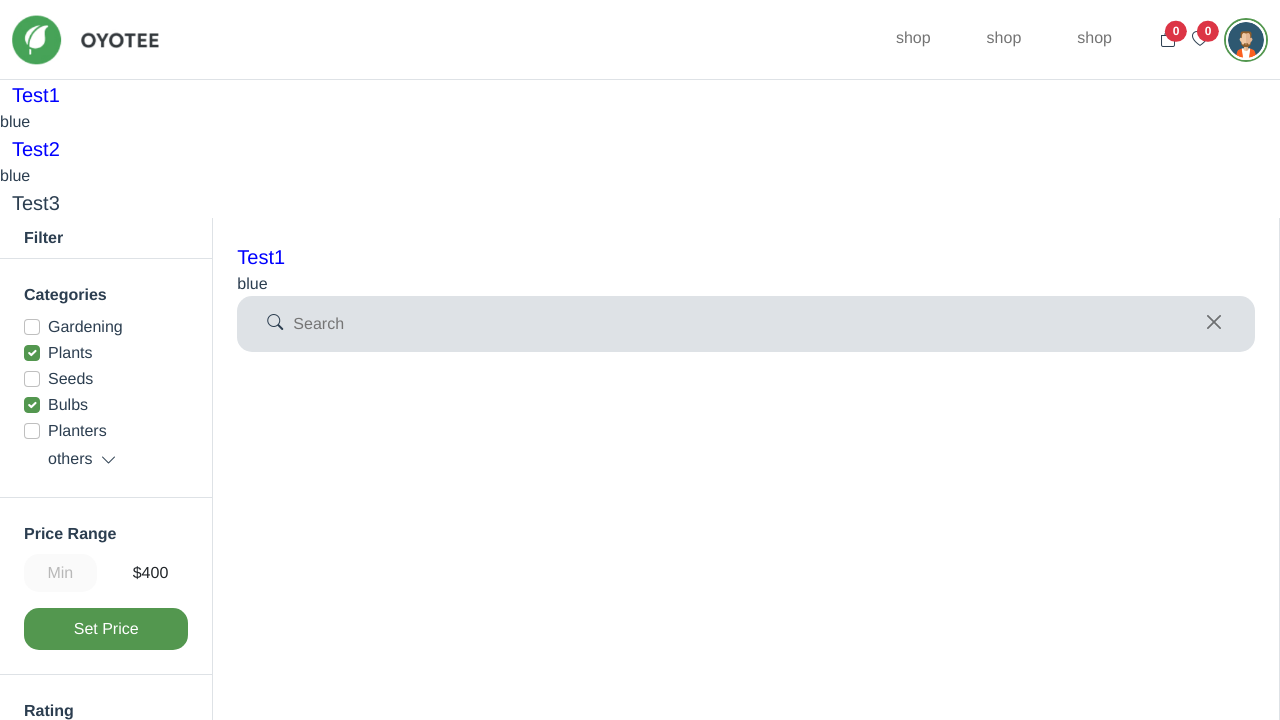
Repository: arpitaWebD/PlantShopping
Page: /
The author's editor kept a copy of each file at every save. The page is drawn from the files as they stood at one save, then again after the next save.
The browser window is 1280 px wide. The pictures show the whole page.
Some web libraries are served in a nearby version. The project was rebuilt for these pictures with package versions that can differ from the ones it lists, and the page was loaded fresh each time. Also part of the build but not shown: src/components/Product.vue, src/components/ProductPreview.vue, src/views/AddToCart.vue, src/views/WishList.vue.

Above is the page before, as saved 2022-01-21 18:29:12.

After the next save:
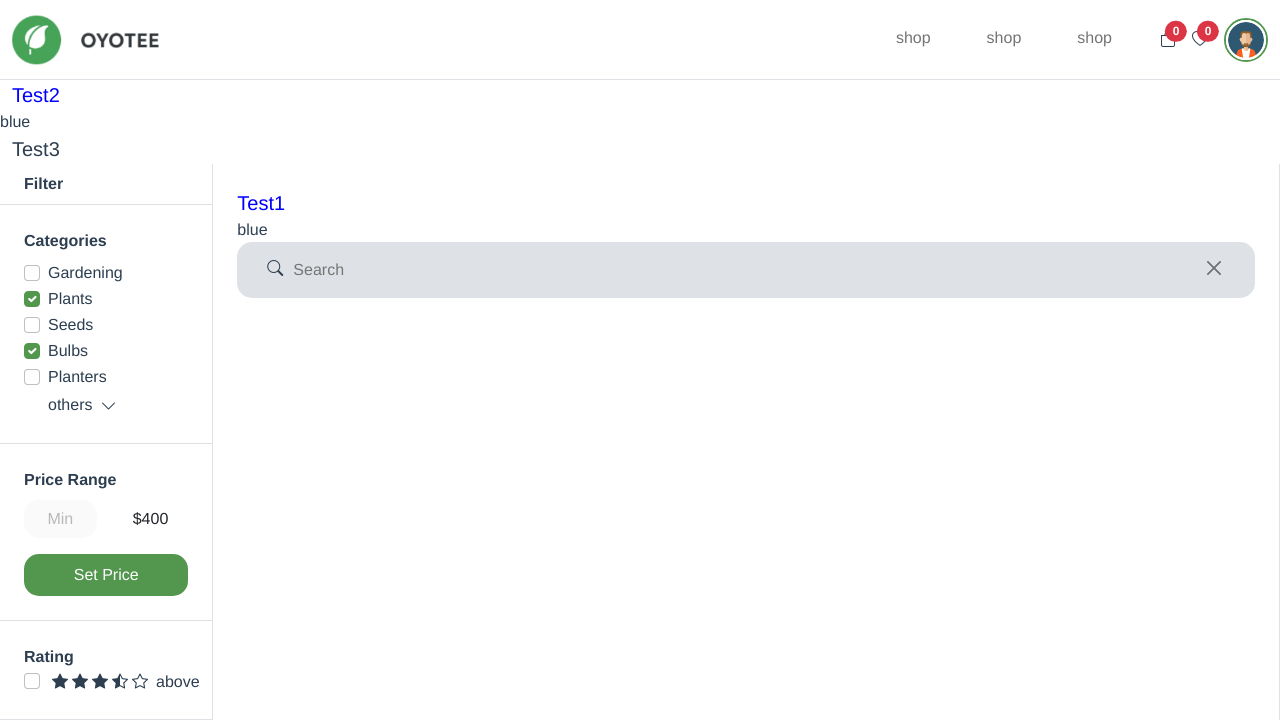
Saved 11 s later.
--- a/src/views/Home.vue
+++ b/src/views/Home.vue
@@ -1,6 +1,6 @@
 <template>
   <div class="addCart-card row p-0 m-0 flex-grow-1 main">
-    <test1/>
+    <!-- <test1/> -->
     <test2/>
     <test3/>
     <LeftSidebar />

After the save that followed:
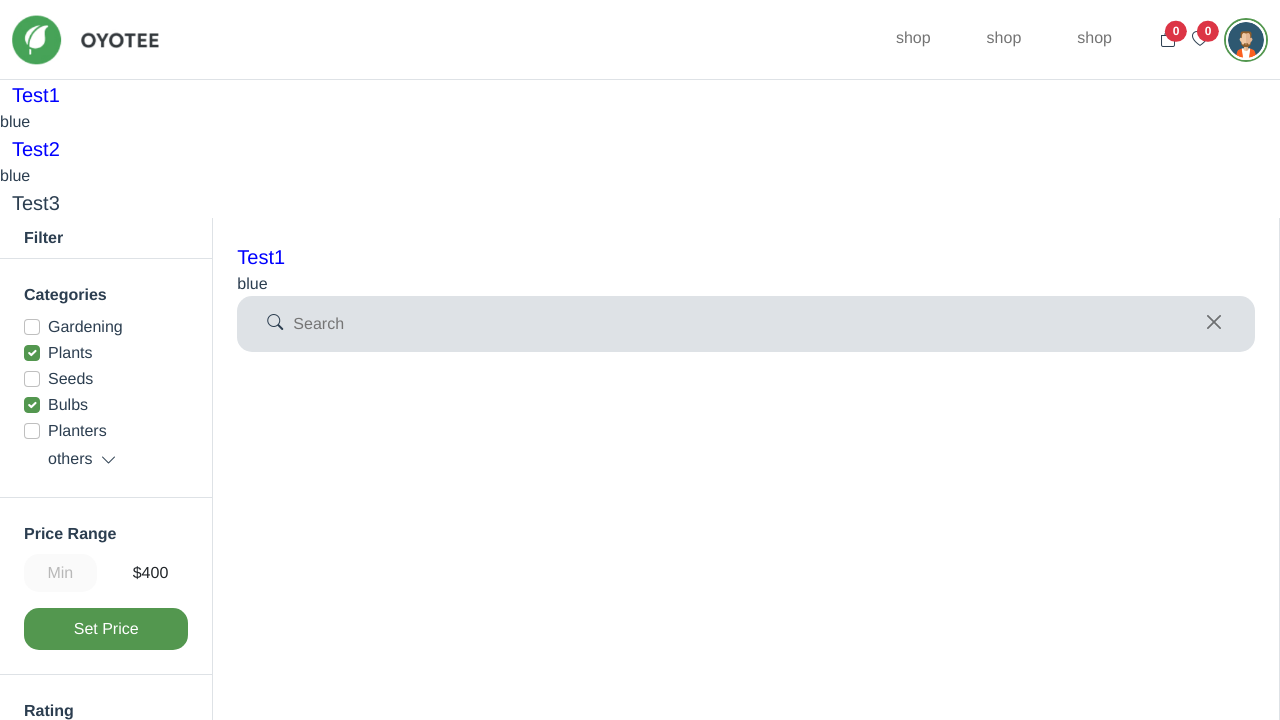
Saved 12 s later.
--- a/src/views/Home.vue
+++ b/src/views/Home.vue
@@ -1,6 +1,6 @@
 <template>
   <div class="addCart-card row p-0 m-0 flex-grow-1 main">
-    <!-- <test1/> -->
+    <test1/>
     <test2/>
     <test3/>
     <LeftSidebar />
